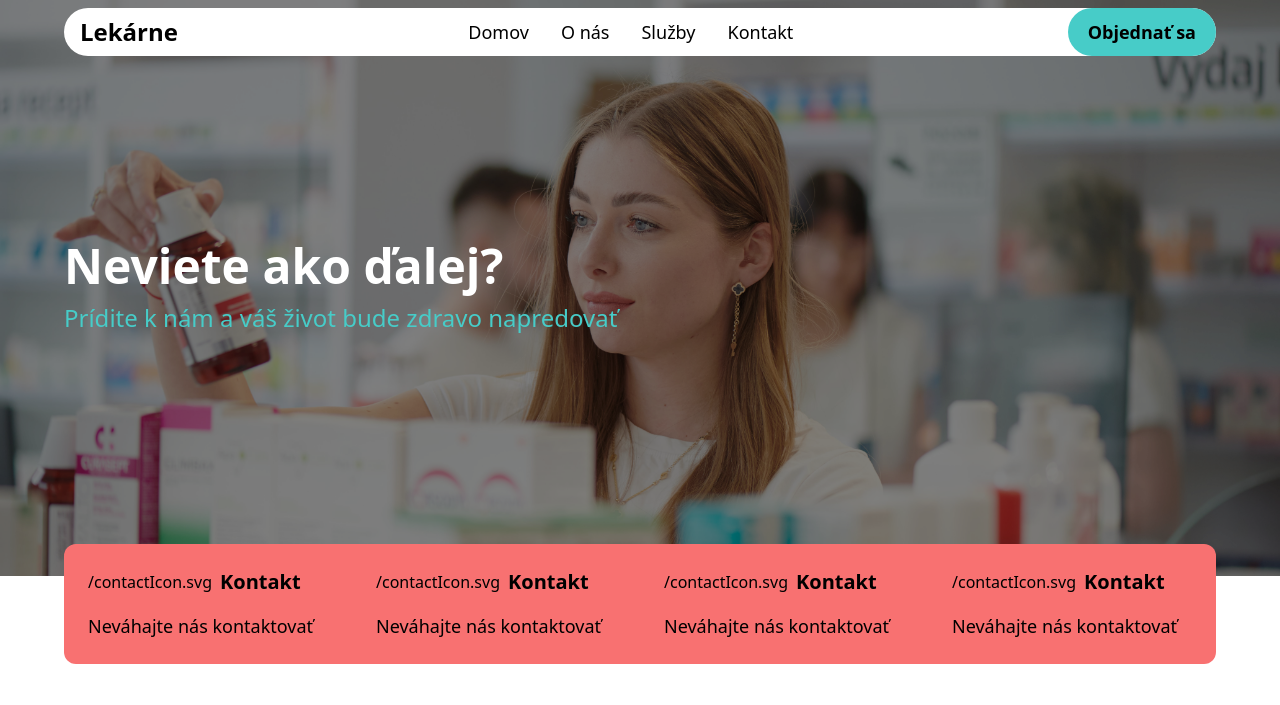
Repository: SimonSkoda13/Lekaren
Page: /
These files come from the project's save history. The page is drawn as it stood at one moment and after the next save; the edit follows.
The browser window is 1280 px wide. The pictures show the whole page.
The project was rebuilt for these pictures with package versions that can differ from the ones it lists, and the page was loaded fresh each time. The framework's server and built-in components were replaced by stand-ins that run in the browser. Also part of the build but not shown: next.config.js.

Above is the page before, as saved 2023-04-22 17:50:56.

After the next save:
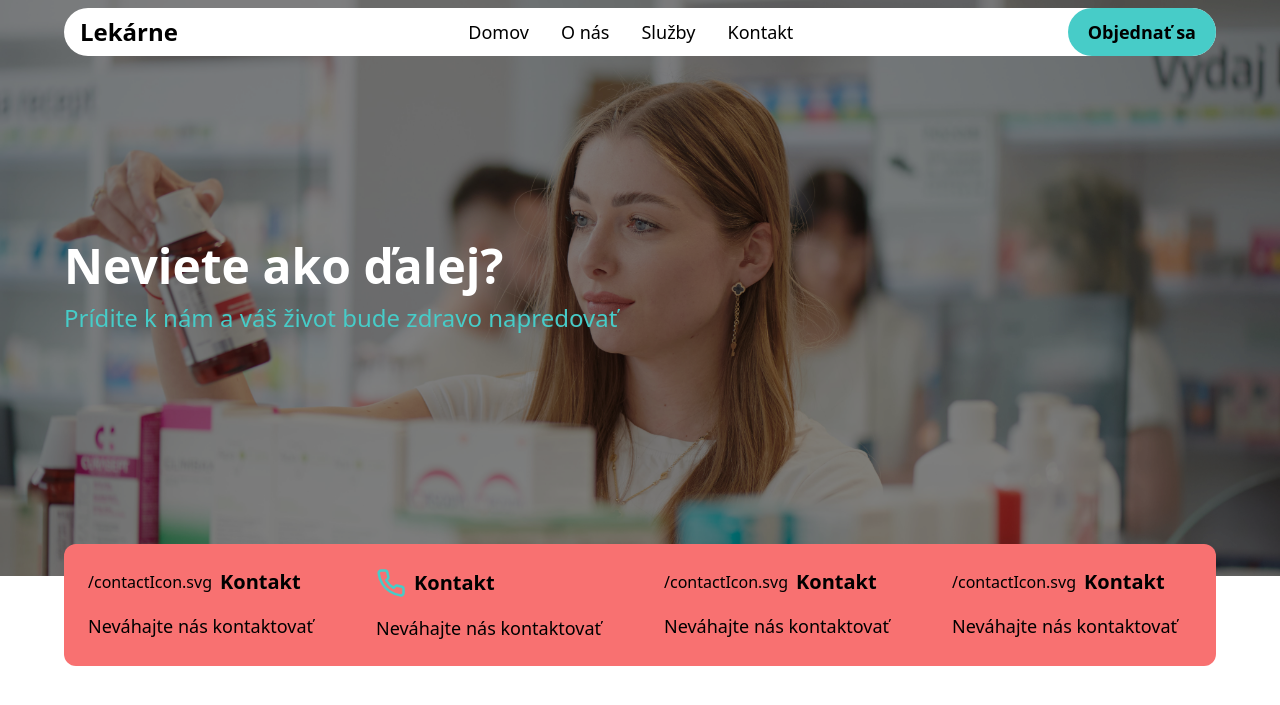
Saved 100 s later.
--- a/src/app/page.tsx
+++ b/src/app/page.tsx
@@ -2,6 +2,7 @@ import Image from "next/image";
 import { Inter } from "next/font/google";
 import { HomeHero } from "./components/HomeHero/HomeHero";
 import { Contact } from "./components/Contact/Contact";
+import { Phone } from "lucide-react";
 
 const inter = Inter({ subsets: ["latin"] });
 
@@ -25,7 +26,7 @@ export default function Home() {
           {
             title: "Kontakt",
             description: "Neváhajte nás kontaktovať",
-            icon: "/contactIcon.svg",
+            icon: <Phone size={30} className="stroke-primary" />,
           },
           {
             title: "Kontakt",
